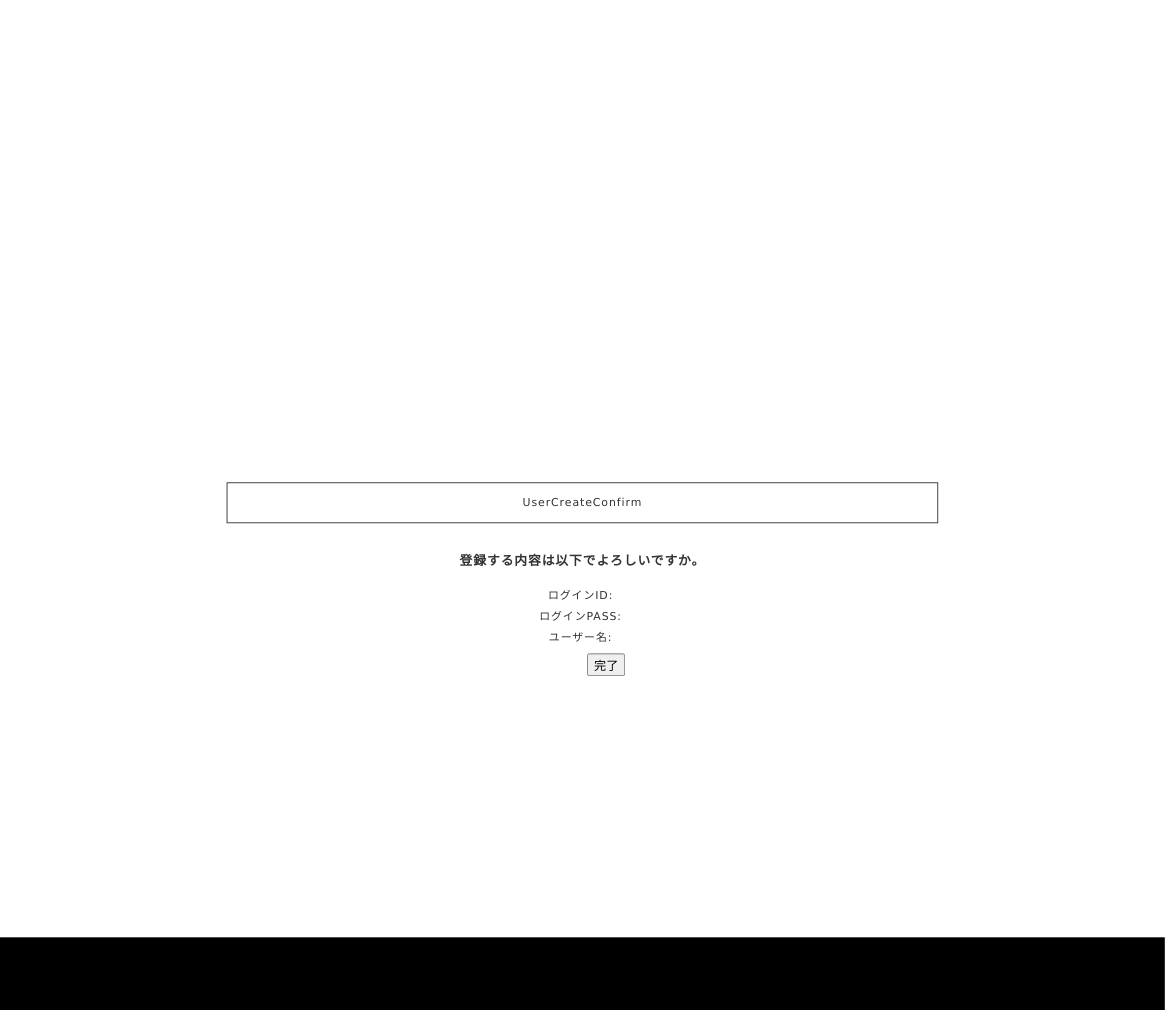
Repository: Wildbird-Yachou/test
Page: http://localhost/template/userCreateConfirm.jsp
These files come from the project's save history. The page is drawn as it stood at one moment and after the next save; the edit follows.
The browser window is 1280 px wide. The pictures show the whole page, at 91% of full size.
The page is served by Tomcat 9.

Above is the page before, as saved 2018-09-10 10:28:57.

After the next save:
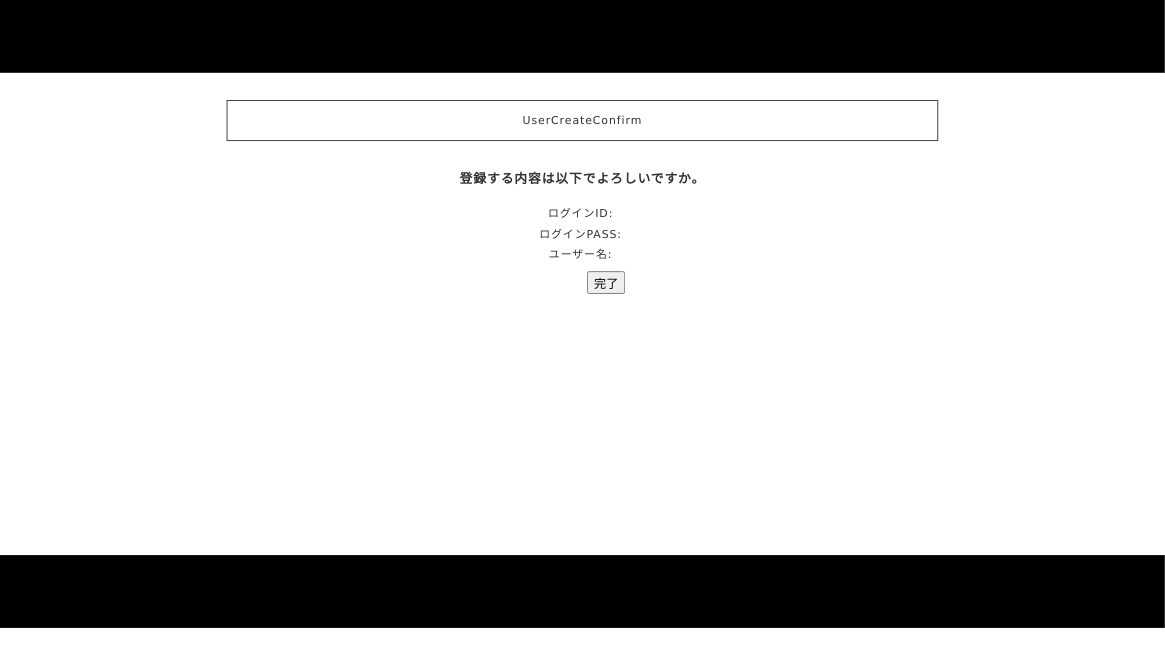
Saved 94 s later.
--- a/template/WebContent/userCreateConfirm.jsp
+++ b/template/WebContent/userCreateConfirm.jsp
@@ -37,8 +37,8 @@
 
 #header{
 width:100%;
-height:500px;
-text-align:center;
+height:80px;
+background-color:black;
 }
 
 #main{
